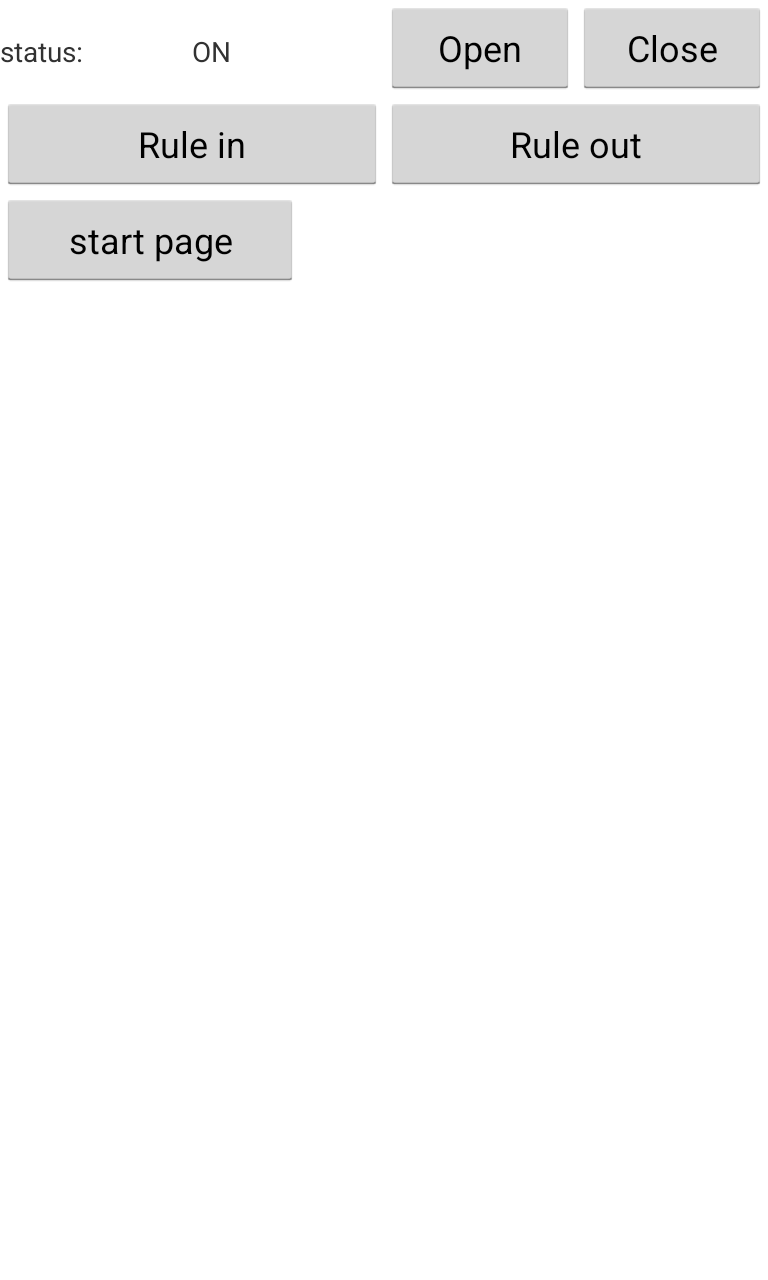
Repository: dthas/d_firewall_c
Layout: src/main/android/eclipse_project/dfirewall/res/layout/activity_main.xml
An editor plug-in stored every save of this project. The layout is shown before and after the next save, followed by the edit.
It is drawn on a 768 x 1280 px phone screen (xhdpi) without system bars, with theme AppTheme; the app's code is not run.

Above is the layout before, as saved 2017-02-05 04:33:50.

### src/main/android/eclipse_project/dfirewall/res/layout/activity_main.xml
<LinearLayout xmlns:android="http://schemas.android.com/apk/res/android"
android:layout_width="fill_parent"
android:layout_height="wrap_content"
android:orientation="vertical" >

    <LinearLayout
        android:layout_width="fill_parent"
		android:layout_height="wrap_content"
		android:orientation="horizontal" >

	        <TextView
				android:id="@+id/text_view_1"
				android:layout_width="fill_parent"
				android:layout_height="wrap_content"
				android:layout_weight="1"
				android:text="status:" />

	        <TextView
				android:id="@+id/text_view_2"
				android:layout_width="fill_parent"
				android:layout_height="wrap_content"
				android:layout_weight="1"
				android:text="ON" />

	        <Button
			android:id="@+id/button_1"
			android:layout_width="fill_parent"
			android:layout_height="wrap_content"
			android:layout_weight="1"
			android:text="Open" />

			<Button
			android:id="@+id/button_2"
			android:layout_width="fill_parent"
			android:layout_height="wrap_content"
			android:layout_weight="1"
			android:text="Close" />
	</LinearLayout>



    <LinearLayout
       	android:layout_width="fill_parent"
		android:layout_height="wrap_content"
		android:orientation="horizontal" >

			<Button
			android:id="@+id/button_3"
			android:layout_width="fill_parent"
			android:layout_height="wrap_content"
			android:layout_weight="1"
			android:text="Rule in" />

			<Button
			android:id="@+id/button_4"
			android:layout_width="fill_parent"
			android:layout_height="wrap_content"
			android:layout_weight="1"
			android:text="Rule out" />

	</LinearLayout>



    <LinearLayout
       	android:layout_width="wrap_content"
		android:layout_height="wrap_content"
		android:orientation="horizontal" >

			<Button
			android:id="@+id/button_5"
			android:layout_width="150dp"
			android:layout_height="wrap_content"
			android:layout_weight="1"
			android:text="start page" />



	</LinearLayout>

</LinearLayout>

Loaded but not shown: src/main/android/eclipse_project/dfirewall/res/values/styles.xml (common file); src/main/android/eclipse_project/dfirewall/res/values-v11/styles.xml (common file); src/main/android/eclipse_project/dfirewall/res/values-v14/styles.xml (common file)

After the next save:
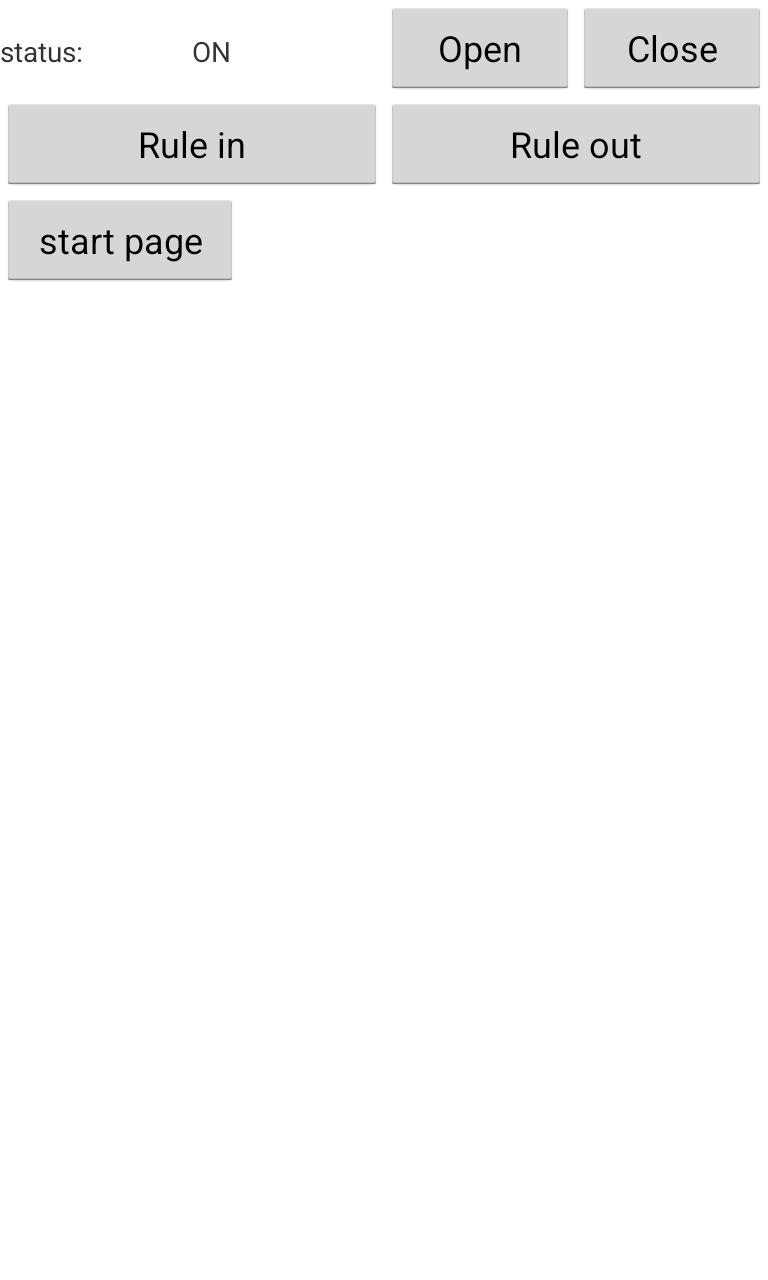
Saved 51 s later.
--- a/src/main/android/eclipse_project/dfirewall/res/layout/activity_main.xml
+++ b/src/main/android/eclipse_project/dfirewall/res/layout/activity_main.xml
@@ -69,7 +69,7 @@ android:orientation="vertical" >
 
 			<Button
 			android:id="@+id/button_5"
-			android:layout_width="150dp"
+			android:layout_width="120dp"
 			android:layout_height="wrap_content"
 			android:layout_weight="1"
 			android:text="start page" />
